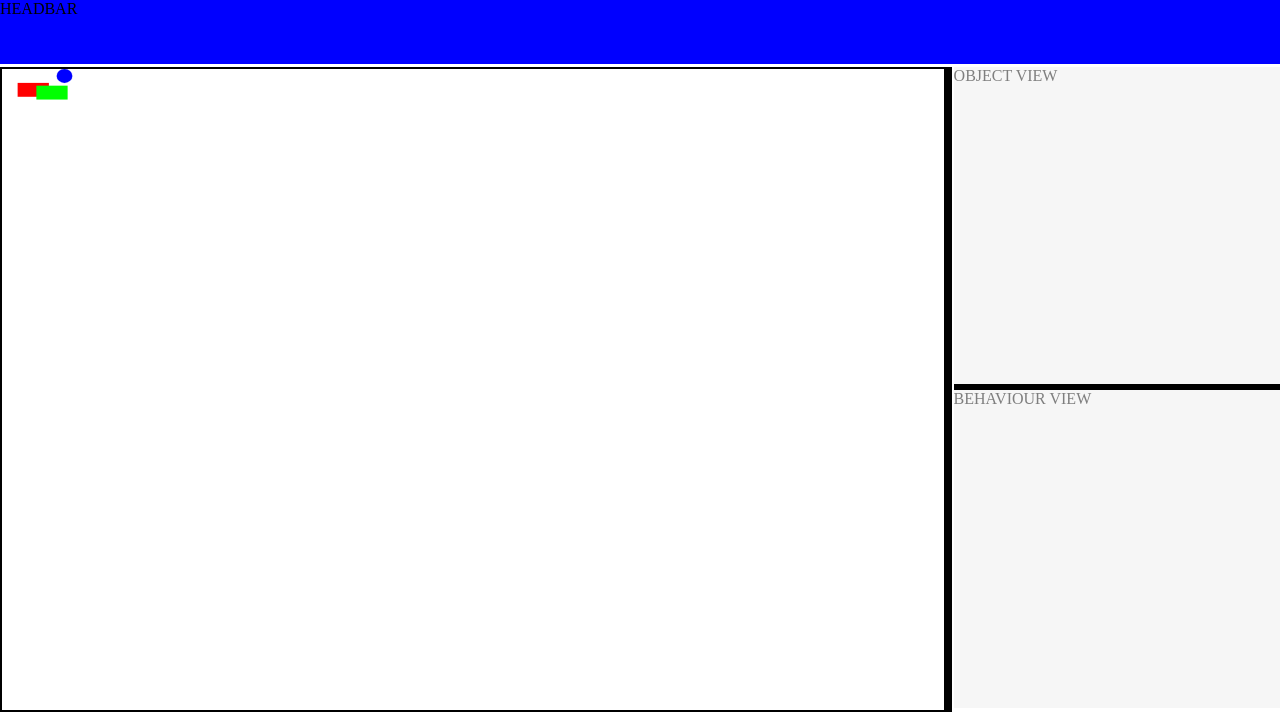
Repository: n-donnelly/onlinegameproto
Page: GameProto/WebContent/Content/main.html
The author's editor kept a record of every edit. The page is drawn from the files as they stood at one moment, then again after the next edit.
The browser window is 1280 px wide. The pictures show the whole page.
Some web libraries are served in a nearby version.

Above is the page before.

After the next edit:
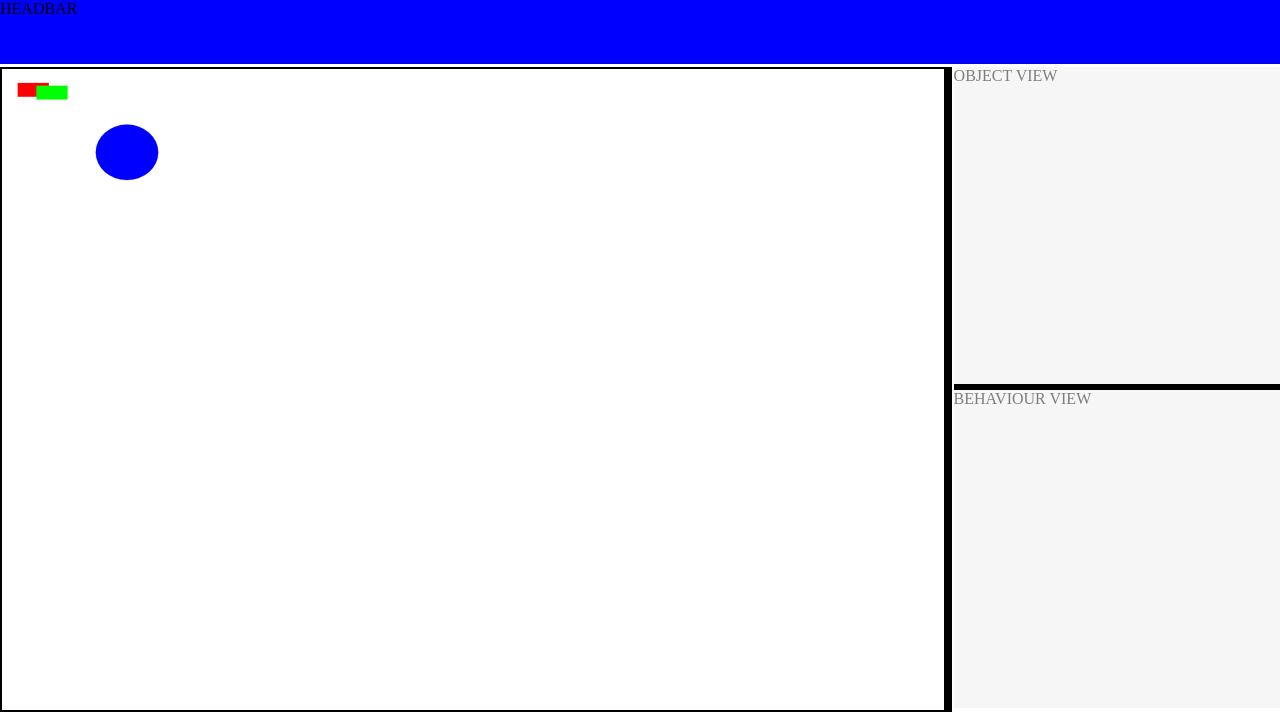
The edit:
--- a/GameProto/WebContent/scripts/run_game.js
+++ b/GameProto/WebContent/scripts/run_game.js
@@ -8,7 +8,7 @@
     gameObjects.push(gameObject1);
     gameObjects.push(gameObject2);
 
-    var circle1 = new Circle("circle1", "circle1", 50, 400, 50, "#00f");
+    var circle1 = new Circle("circle1", "circle1", 200, 800, 600, "#00f");
     gameObjects.push(circle1);
 
     context.scale(canvasWidth/winWidth, canvasHeight/winHeight);
